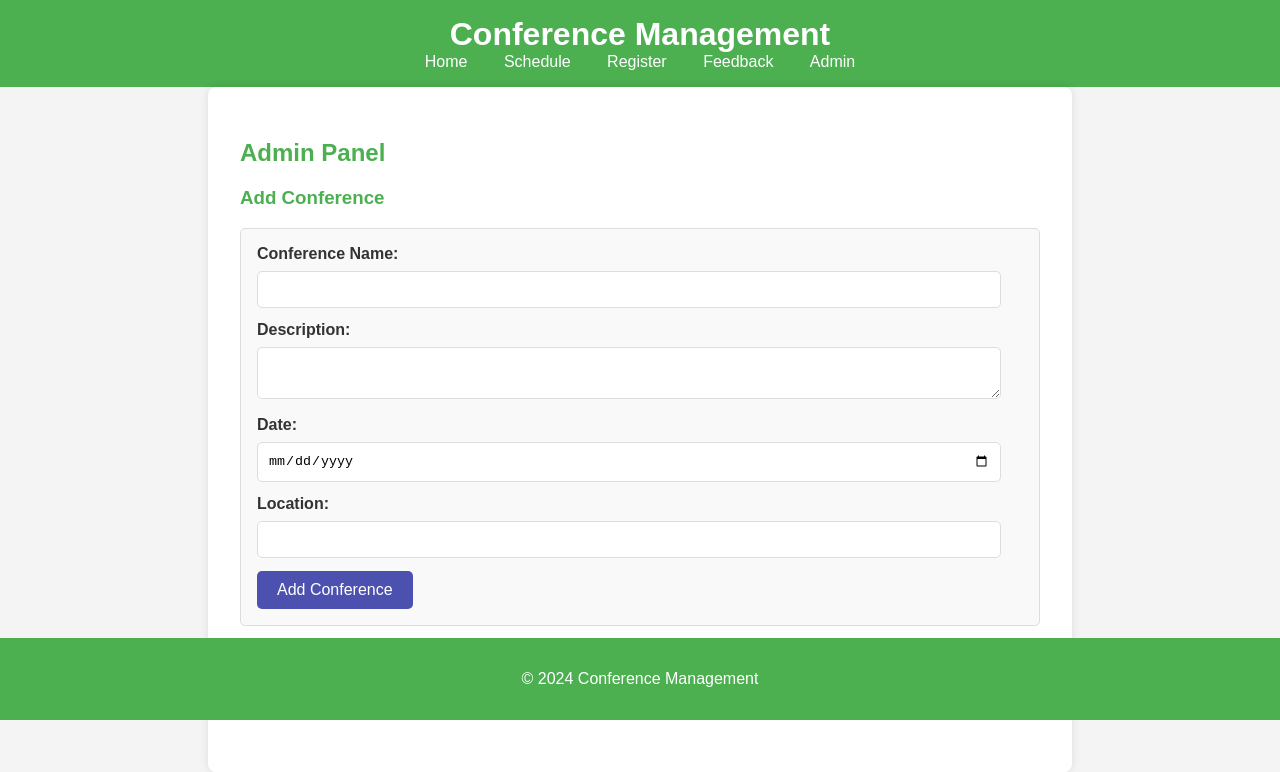
Repository: AMIT1439027/conferenceapp
Page: http://localhost/admin/admin.php
An editor plug-in stored every save of this project. The page is shown before and after the next save, followed by the edit.
The browser window is 1280 px wide. The pictures show the whole page.
The page is run by PHP 8.4 with error messages shown; the project is at /var/www/html/. Queries for data that is not in the repository find no rows.

Above is the page before, as saved 2024-05-29 15:12:23.

After the next save:
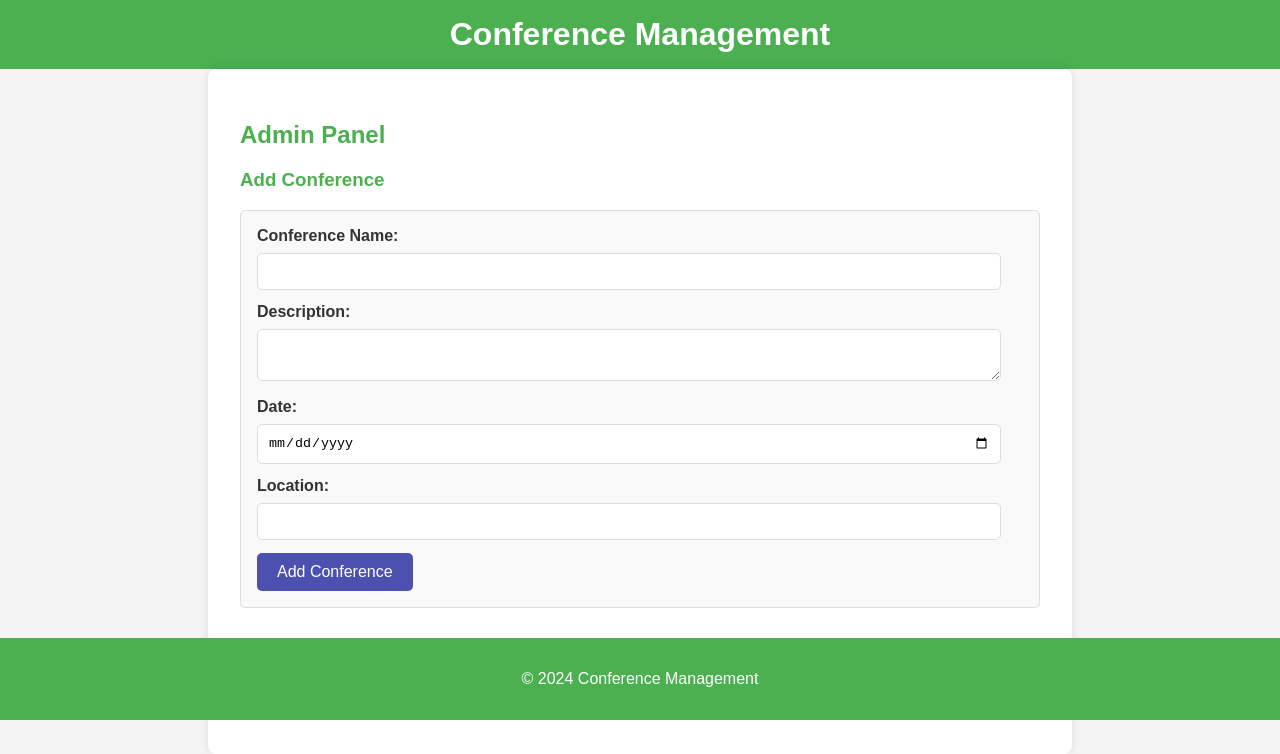
Saved 34 s later.
--- a/admin/admin.php
+++ b/admin/admin.php
@@ -53,13 +53,7 @@ $registrations = $stmt_registrations->fetchAll();
 <body>
     <header>
         <h1>Conference Management</h1>
-        <nav>
-            <a href="index.html">Home</a>
-            <a href="schedule.html">Schedule</a>
-            <a href="register.html">Register</a>
-            <a href="feedback.html">Feedback</a>
-            <a href="admin.php">Admin</a>
-        </nav>
+
     </header>
     <main>
         <h2>Admin Panel</h2>
